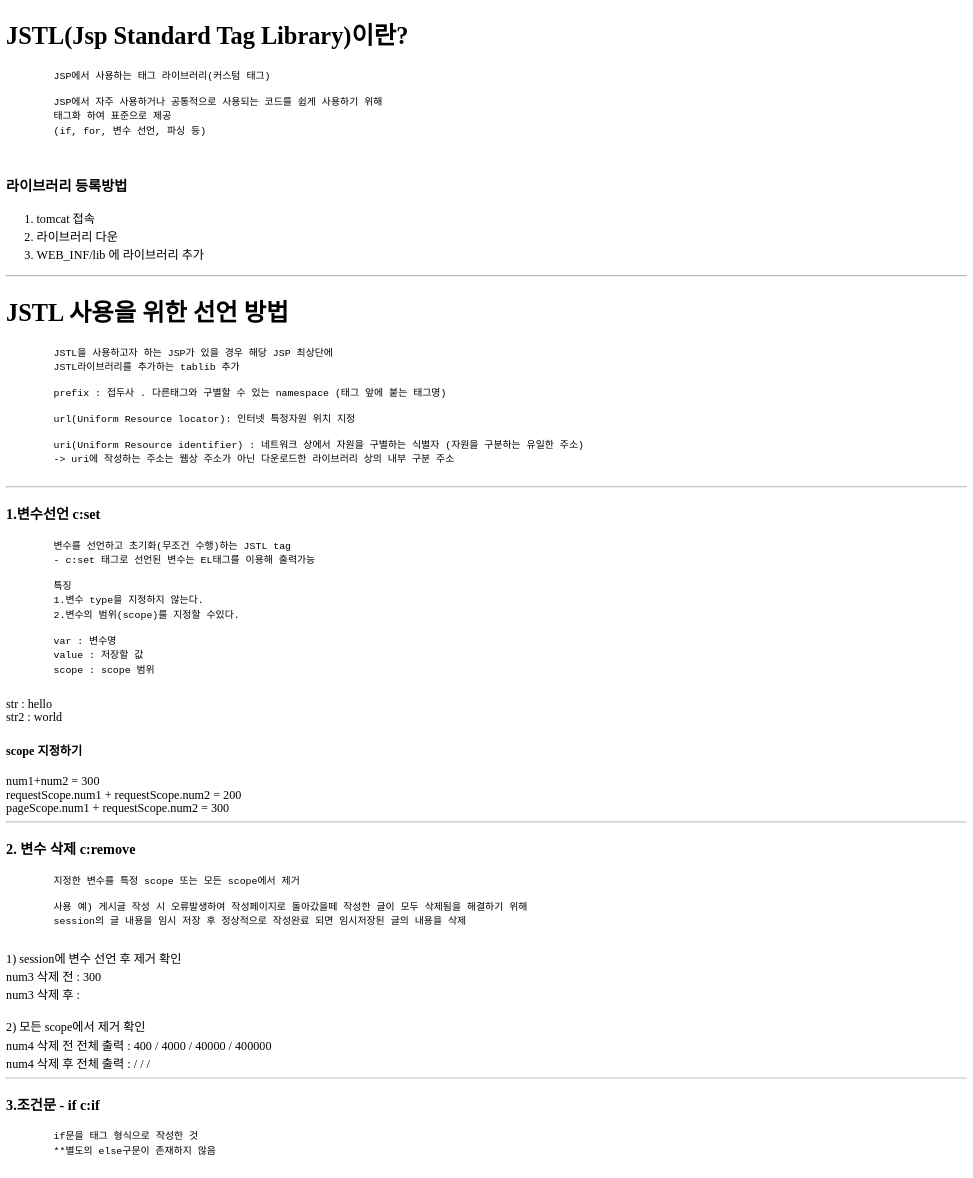
Repository: Seenee-Shin/servlet-jsp
Page: http://localhost/JSPProject/05_JSTL_1.jsp
These files come from the project's save history. The page is drawn as it stood at one moment and after the next save; the edit follows.
The browser window is 1280 px wide. The pictures show the whole page, at 76% of full size.
The page is served by Tomcat 9.

Above is the page before, as saved 2021-11-30 02:08:12.

After the next save:
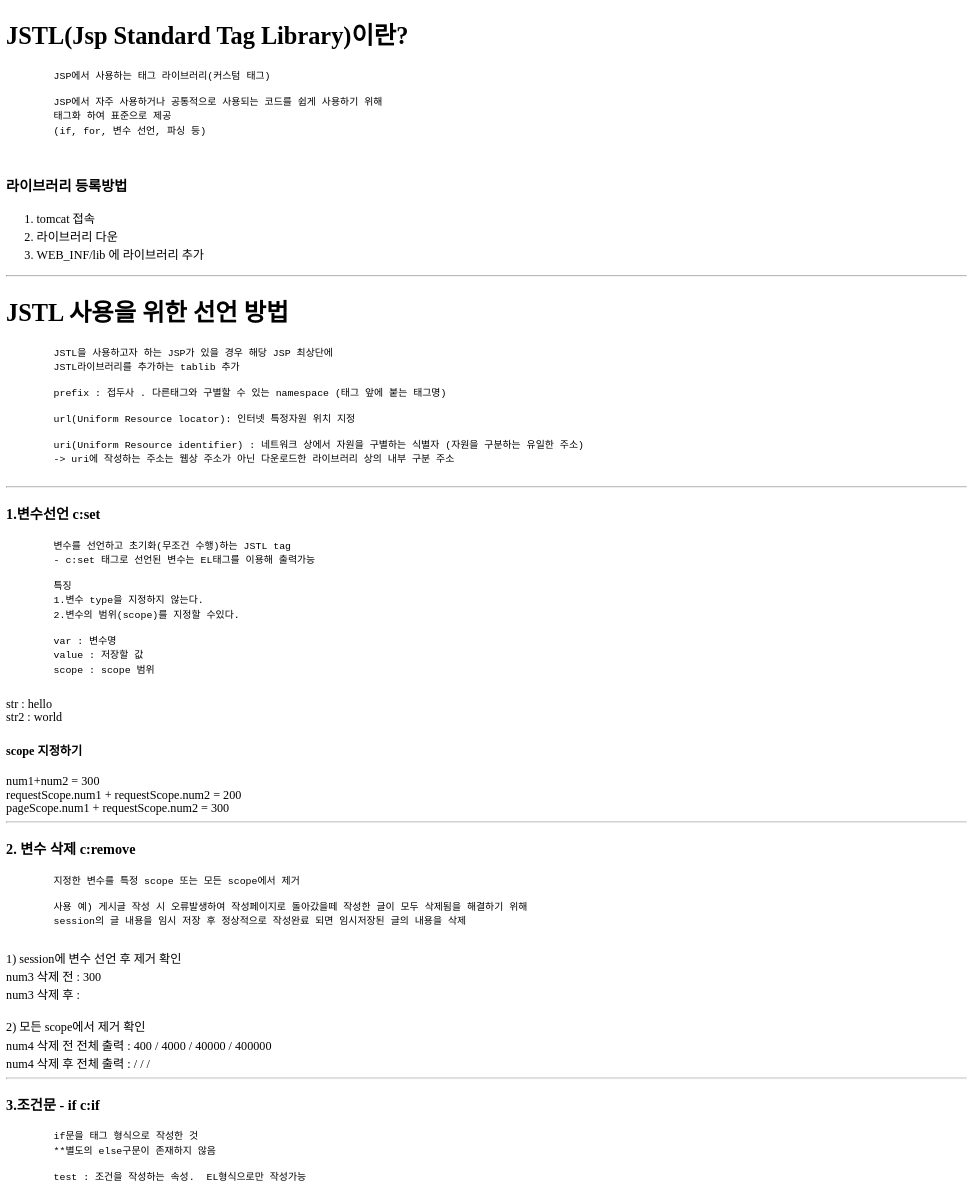
Saved 41 s later.
--- a/JSPProject/src/main/webapp/05_JSTL_1.jsp
+++ b/JSPProject/src/main/webapp/05_JSTL_1.jsp
@@ -100,6 +100,8 @@
 	<pre>
 	if문을 태그 형식으로 작성한 것
 	**별도의 else구문이 존재하지 않음
+
+	test : 조건을 작성하는 속성.  EL형식으로만 작성가능
 	</pre>
 
 
